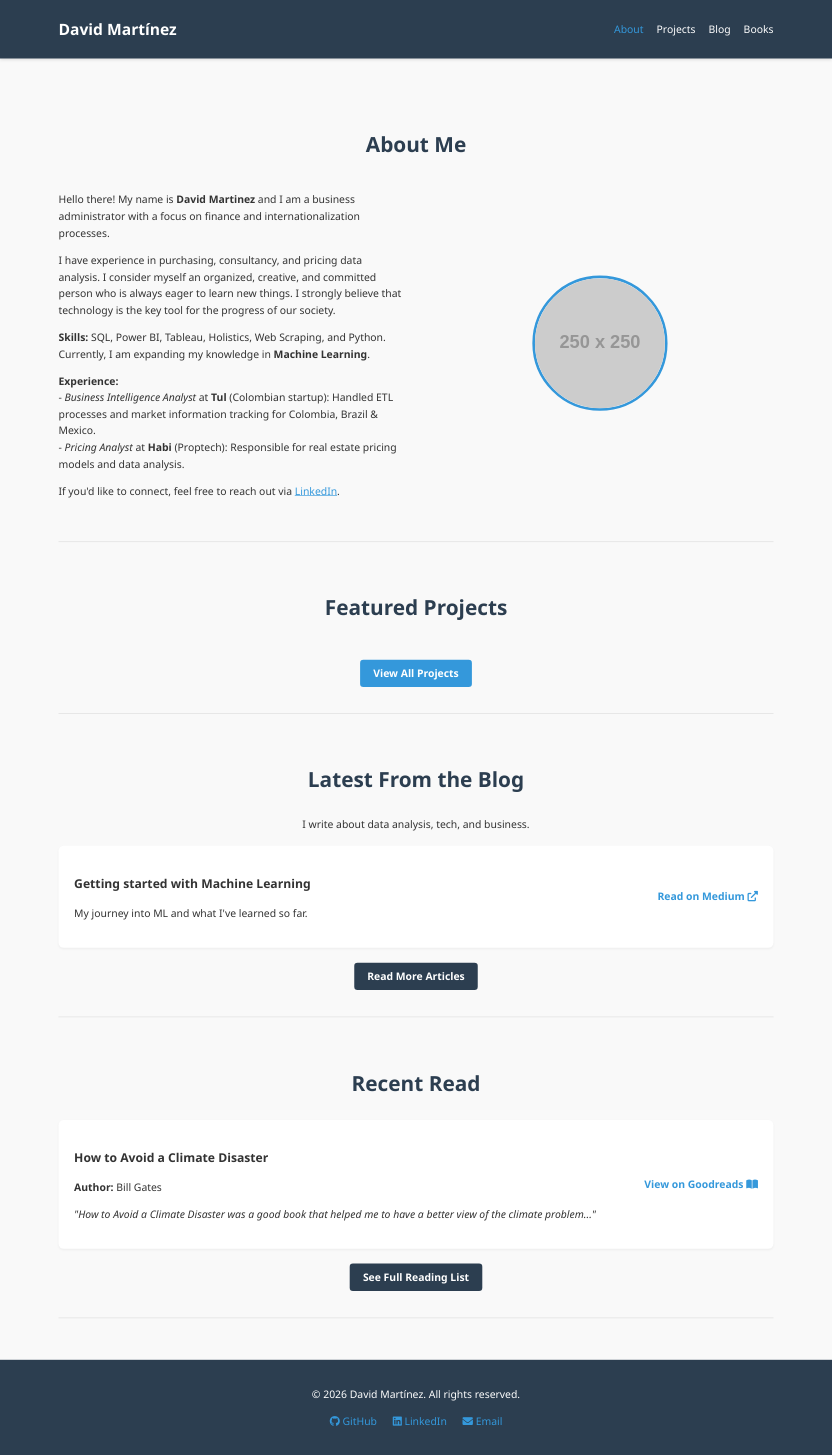
Repository: davidsmv/davidsmv.github.io
Page: index.html
These files come from the project's save history. The page is drawn as it stood at one moment and after the next save; the edit follows.
The browser window is 1280 px wide. The pictures show the whole page, at 65% of full size.

Above is the page before, as saved 2026-01-19 17:03:16.

After the next save:
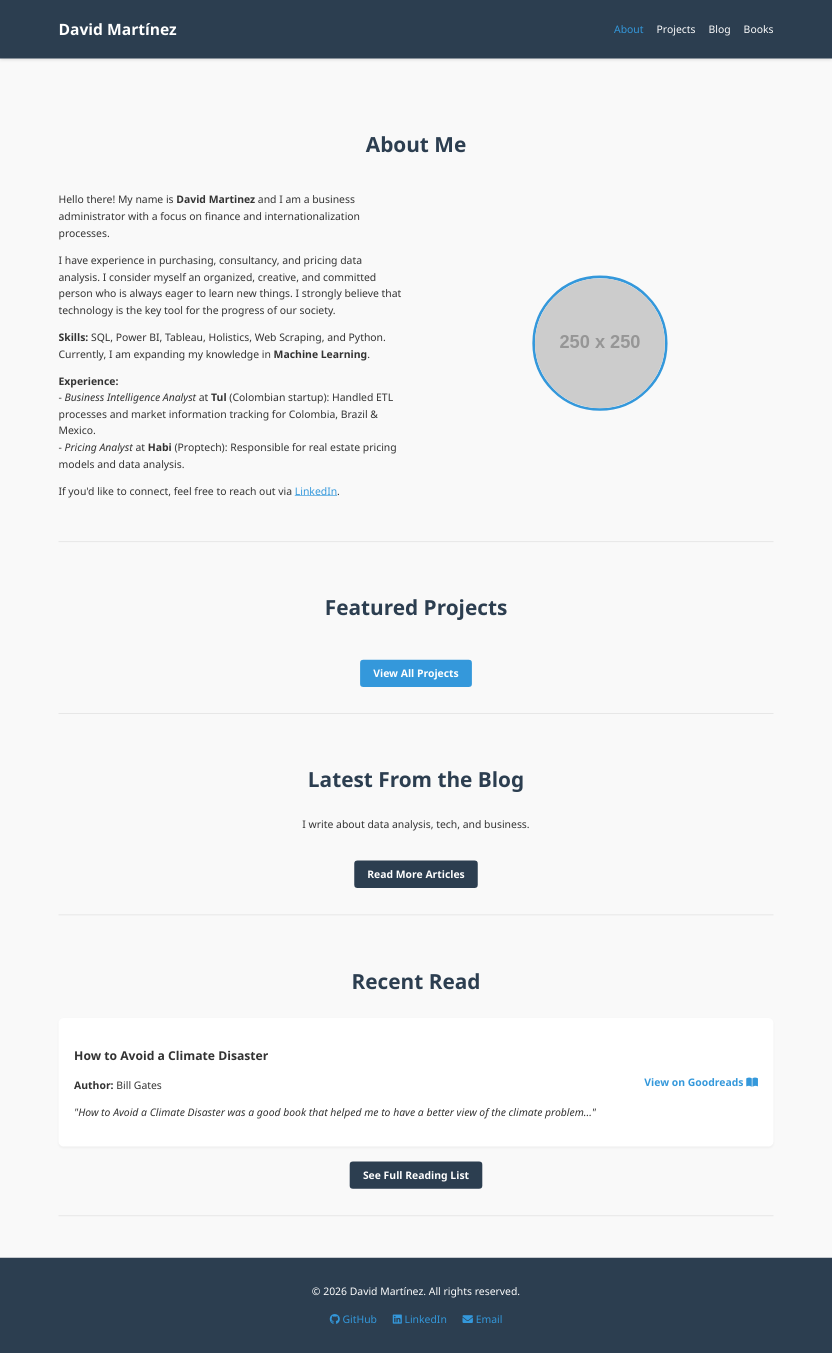
Saved 5 s later.
--- a/index.html
+++ b/index.html
@@ -87,15 +87,9 @@
         <section id="blog">
             <h2>Latest From the Blog</h2>
             <p style="text-align: center; margin-bottom: 20px;">I write about data analysis, tech, and business.</p>
-            <div class="card-list">
-                <!-- Blog Post Link Example -->
-                <div class="list-item">
-                    <div>
-                        <h3>Getting started with Machine Learning</h3>
-                        <p>My journey into ML and what I've learned so far.</p>
-                    </div>
-                    <a href="https://medium.com/" target="_blank">Read on Medium <i class="fas fa-external-link-alt"></i></a>
-                </div>
+            <!-- Empty container for JavaScript to populate -->
+            <div class="card-list" id="featured-blog">
+                <!-- Content will be loaded from scripts.js -->
             </div>
             <div style="text-align: center; margin-top: 2rem;">
                 <a href="blog.html" style="background-color: var(--primary-color); color: white; padding: 10px 20px; border-radius: 5px; text-decoration: none; font-weight: bold;">Read More Articles</a>
